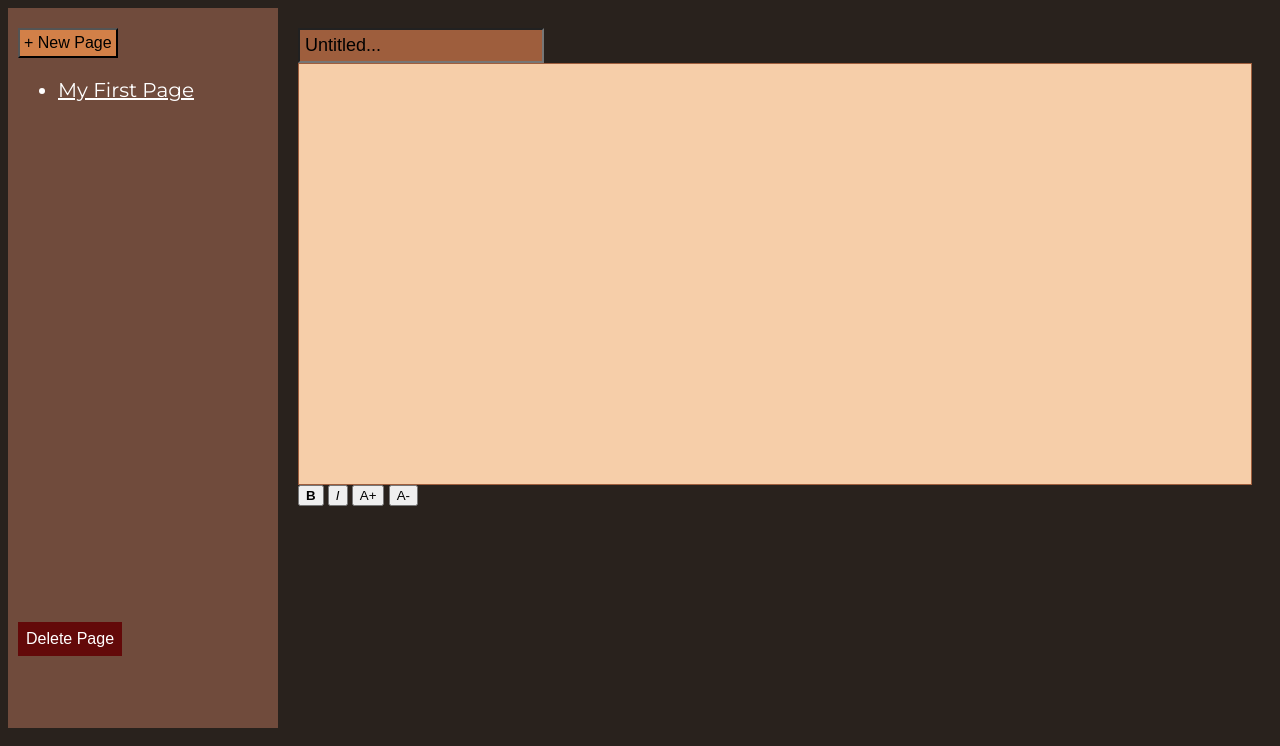
Repository: Dharshinimk-521/notes-app
Page: index.html
An editor plug-in stored every save of this project. The page is shown before and after the next save, followed by the edit.
The browser window is 1280 px wide. The pictures show the whole page.

Above is the page before, as saved 2026-04-18 22:38:02.

### index.html
<!DOCTYPE html>
<html lang="en">
    <head>
        <meta charset="UTF-8">
        <meta name="viewport" content="width=device-width, initial-scale=1.0">
        <title>Notes App</title>
        <link rel="stylesheet" href="style.css">
        <link rel="preconnect" href="https://fonts.googleapis.com">
        <link rel="preconnect" href="https://fonts.gstatic.com" crossorigin>
        <link href="https://fonts.googleapis.com/css2?family=Montserrat:ital,wght@0,100..900;1,100..900&display=swap" rel="stylesheet">
        <script src="app.js" defer></script>
    </head>
    <body>
    <div class="app">

        <aside class="sidebar">
        <button id="newPageBtn">+ New Page</button>
        <ul id="pageList"></ul>
        <button id="deletePageBtn"> Delete Page</button>
        </aside>

        <main class="editor">
            <input id="pageTitle" placeholder="Untitled..." />
            <div id="editorArea" contenteditable="true"></div>
            <div class="tool-bar">
                <button onclick ="formatText('bold')"><b>B</b></button>
                <button onclick ="formatText('italic')"><i>I</i></button>
                <button onclick ="changeFontSize(1)">A+</button>
                <button onclick ="chnageFontSize(-1)">A-</button>
            </div>
        </main>

    </div>


    </body>
</html>

### style.css
body{
    font-family:'Montserrat',sans-serif;
    background-color: #29221D;
}
.app {
  margin: 0;
  display: flex;
  height: 100vh;

}

.sidebar {
  width: 250px;
  background: #704B3C;
  padding: 10px;
}

.editor {
  flex: 1;
  padding: 20px;
}

#editorArea {
  min-height: 400px;
  background-color: #F6CEA9;
  border: 1px solid #9E5E3D;
  padding: 10px;
  font-size: 16px;
}
#newPageBtn{
 background-color: #D28048;
 padding: 4px;
 margin-top: 10px;
 cursor:pointer;
 font-size: 16px;
}
#pageTitle{
    padding:5px;
    background-color: #9E5E3D;
    color: black;
    font-size: 18px;
}
::placeholder{
    color:black;
    opacity: 1
}
#deletePageBtn {
    margin-top: 500px;
  margin-bottom: 90px;
  background: #630909;
  color: white;
  border: none;
  padding: 8px;
  cursor: pointer;
  font-size: 16px;
}
#pageList{
    text-decoration: underline;
    color:white;
    cursor: pointer;
    font-size: 20px;
}
.editor-container {
  border: 1px solid #ddd;
  border-radius: 8px;
  overflow: hidden;
}

.toolbar {
  background: #222222;
  padding: 8px;
  border-bottom: 1px solid #ddd;
}

.toolbar button {
  margin-right: 5px;
  padding: 5px 8px;
  cursor: pointer;
}

### app.js
// Load pages from localStorage OR use default
let pages = JSON.parse(localStorage.getItem("pages")) || [
  {
    id: "123",
    title: "My First Page",
    content: "<p>Hello world</p>"
  }
];

let currentPageId = null;

// Save all pages
function savePages() {
  localStorage.setItem("pages", JSON.stringify(pages));
}

// Create new page
function createPage() {
  const newPage = {
    id: Date.now().toString(),
    title: "Untitled",
    content: ""
  };

  pages.push(newPage);
  savePages();
  renderPages();
  openPage(newPage.id);
}

// Render sidebar
function renderPages() {
  const pageList = document.getElementById("pageList");
  pageList.innerHTML = "";

  pages.forEach((page) => {
    const li = document.createElement("li");
    li.textContent = page.title;

    if (page.id === currentPageId) {
      li.style.background = "#ddd";

    }

    li.onclick = () => openPage(page.id);

    pageList.appendChild(li);
  });
}

// Open page
function openPage(id) {
    console.log("Opening page:", id);
  const page = pages.find(p => p.id === id);
  currentPageId = id;

  if (!page) return;

  document.getElementById("pageTitle").value = page.title;
  document.getElementById("editorArea").innerHTML = page.content;
}

// Auto save current page
function saveCurrentPage() {
  const page = pages.find(p => p.id === currentPageId);
  if (!page) return;

  page.title = document.getElementById("pageTitle").value;
  page.content = document.getElementById("editorArea").innerHTML;

  savePages();
}
//del func
function deleteCurrentPage() {
  if (!currentPageId) return;

  const confirmDelete = confirm("Delete this page?");
  if (!confirmDelete) return;

  pages = pages.filter(p => p.id !== currentPageId);

  savePages();
  renderPages();

  if (pages.length > 0) {
    openPage(pages[0].id);
  } else {
    currentPageId = null;
    document.getElementById("pageTitle").value = "";
    document.getElementById("editorArea").innerHTML = "";
  }
}
// Event listeners
document.getElementById("newPageBtn").onclick = createPage;
document.getElementById("editorArea").addEventListener("input", saveCurrentPage);
document.getElementById("pageTitle").addEventListener("input", saveCurrentPage);
document.getElementById("deletePageBtn").onclick = deleteCurrentPage;
// Initial render
renderPages();

After the next save:
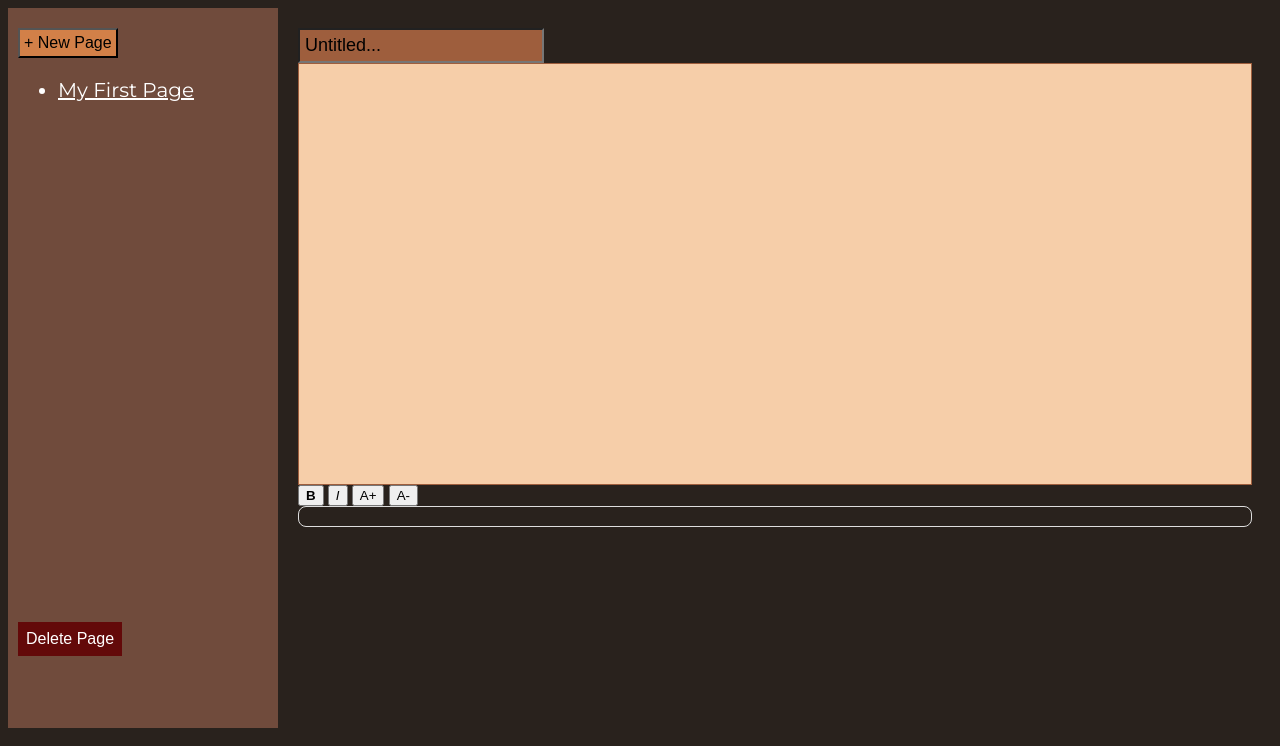
Saved 69 s later.
--- a/index.html
+++ b/index.html
@@ -28,6 +28,7 @@
                 <button onclick ="changeFontSize(1)">A+</button>
                 <button onclick ="chnageFontSize(-1)">A-</button>
             </div>
+            <div class="editor-container" contenteditable="true"></div>
         </main>
 
     </div>

After the save that followed:
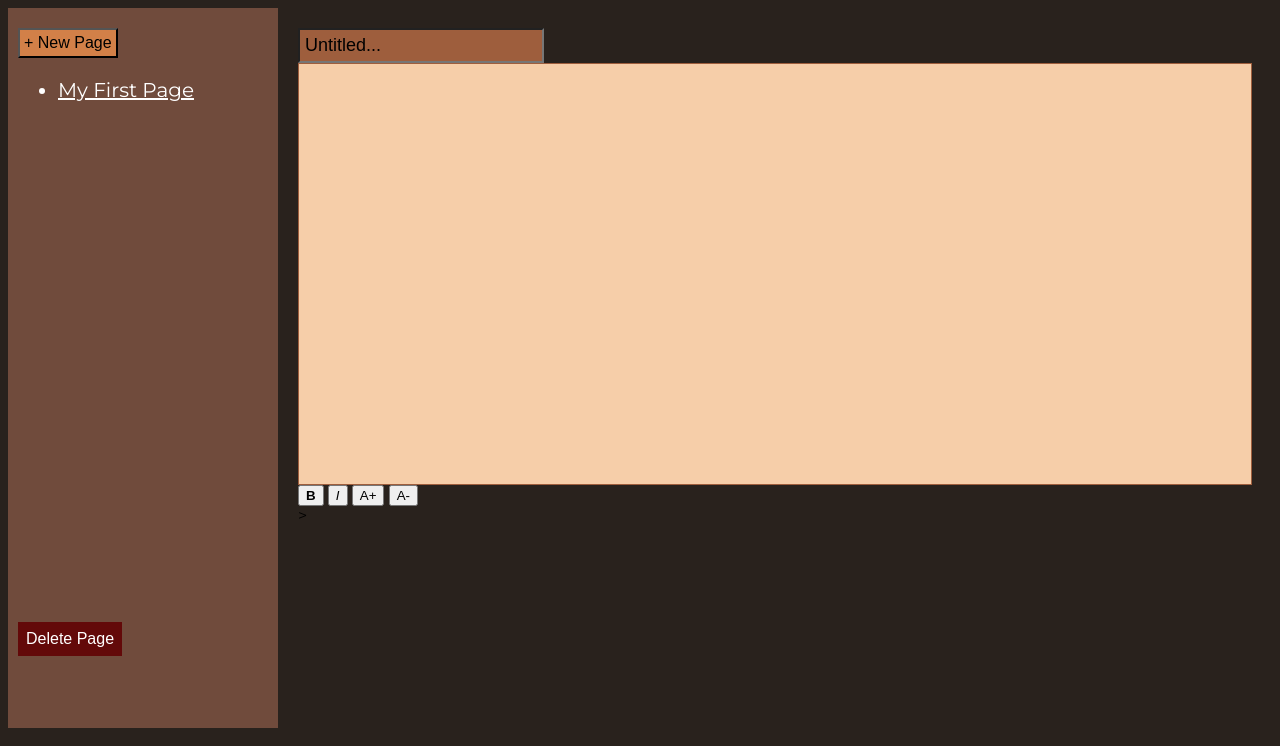
Saved 31 s later.
--- a/index.html
+++ b/index.html
@@ -27,8 +27,7 @@
                 <button onclick ="formatText('italic')"><i>I</i></button>
                 <button onclick ="changeFontSize(1)">A+</button>
                 <button onclick ="chnageFontSize(-1)">A-</button>
-            </div>
-            <div class="editor-container" contenteditable="true"></div>
+            </div>>
         </main>
 
     </div>
--- a/style.css
+++ b/style.css
@@ -60,11 +60,6 @@ body{
     cursor: pointer;
     font-size: 20px;
 }
-.editor-container {
-  border: 1px solid #ddd;
-  border-radius: 8px;
-  overflow: hidden;
-}
 
 .toolbar {
   background: #222222;
